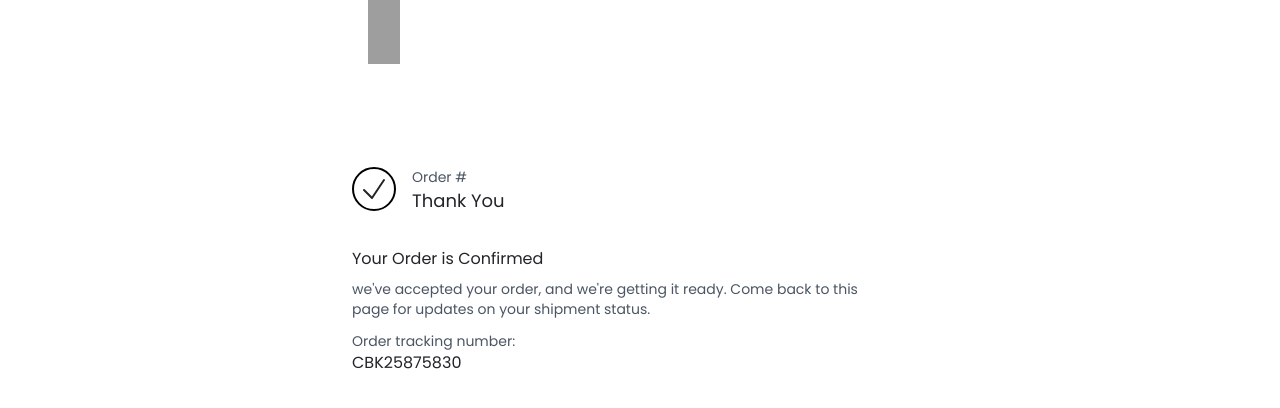
Repository: Deonorla/apple_redesign
Page: /success
These files come from the project's save history. The page is drawn as it stood at one moment and after the next save; the edit follows.
The browser window is 1280 px wide. The pictures show the whole page.
Pictures or frames that could not be fetched are drawn as grey boxes. The project was rebuilt for these pictures with package versions that can differ from the ones it lists, and the page was loaded fresh each time. The framework's server and built-in components were replaced by stand-ins that run in the browser. Also part of the build but not shown: next.config.js.

Above is the page before, as saved 2024-02-06 00:45:56.

### pages/_app.tsx
import "@/styles/globals.css";
import type { AppProps } from "next/app";
import Head from "next/head";
import { Provider } from "react-redux";
import { store } from "../redux/store";
import { Toaster } from "react-hot-toast";

export default function App({ Component, pageProps }: AppProps) {
  return (
    <Provider store={store}>
      <Head>
        <title>Apple Redesign</title>
      </Head>
      <Toaster />
      <Component {...pageProps} />
    </Provider>
  );
}

### pages/success.tsx
import Head from "next/head";
import Link from "next/link";
import Image from "next/image";
import React from "react";
import { CheckIcon } from "@heroicons/react/24/outline";
import { useRouter } from "next/router";

const success = () => {
  const router = useRouter();
  const { session_id } = router.query;
  return (
    <div>
      <Head>
        <title>Thank you! - Apple</title>
        <link rel="icon" href="/favicon.ico" />
      </Head>
      <header className="mx-auto max-w-xl">
        <Link href="/">
          <div className="relative ml-4 h-16 w-8 cursor-pointer transition lg:inline-flex ">
            <Image
              src="https://www.freeiconspng.com/uploads/apple-icon-4.png"
              width={90}
              height={90}
              alt=""
            />
          </div>
        </Link>
      </header>
      <main className="">
        <section className="lg:mx-w-none order-2 mx-auto max-w-xl pb-12 lg:pr-16 lg:pt-16 2xl:pl-44">
          <div className="my-8 ml-4 flex space-x-4 lg:ml-14 xl:ml-0">
            <div className="flex h-11 w-11 items-center justify-center rounded-full border-2 border-black">
              <CheckIcon className="h-8 w-8" />
            </div>
            <div>
              <p className="text-sm text-gray-600">
                Order #{session_id?.slice(-5)}
              </p>
              <h4 className="text-lg">
                Thank You
                {/* {session ? session?.user?.name..split(" ")[0] : "Guest"} */}
              </h4>
            </div>
          </div>
          <div>
            <div className="space-y-2 pb-3">
              <p>Your Order is Confirmed</p>
              <p className="text-sm text-gray-600">
                we've accepted your order, and we're getting it ready. Come back
                to this page for updates on your shipment status.
              </p>
            </div>
            <div>
              <p className="text-sm text-gray-600">Order tracking number:</p>
              <p>CBK25875830</p>
            </div>
          </div>
        </section>
      </main>
    </div>
  );
};

export default success;

### styles/globals.css
@import url("https://fonts.googleapis.com/css2?family=Poppins:ital,wght@0,100;0,200;0,300;0,400;0,500;0,600;0,700;0,800;0,900;1,100;1,200;1,300;1,400;1,500;1,600;1,700;1,800;1,900&family=Ultra&display=swap");

@tailwind base;
@tailwind components;
@tailwind utilities;

:root {
  --foreground-rgb: 0, 0, 0;
  --background-start-rgb: 214, 219, 220;
  --background-end-rgb: 255, 255, 255;
}

@media (prefers-color-scheme: dark) {
  :root {
    --foreground-rgb: 255, 255, 255;
    --background-start-rgb: 0, 0, 0;
    --background-end-rgb: 0, 0, 0;
  }
}

@layer base {
  body {
    @apply font-body text-[#232428];
  }
}

@layer components {
  .headerLink {
    @apply cursor-pointer opacity-75 transition hover:opacity-100;
  }
  .headerIcon {
    @apply h-6 w-6 cursor-pointer opacity-75 transition hover:opacity-100;
  }
  .link {
    @apply relative cursor-pointer text-lg font-medium before:absolute before:inset-x-0
    before:-bottom-1.5 before:h-0.5 before:origin-left before:scale-x-0 before:transform before:rounded-bl before:bg-black before:transition-all before:duration-200 hover:before:scale-x-100;
  }
  .borderGradient {
    text-align: center;
    padding-bottom: 5px;
    background: linear-gradient(to right, #ec4899, #8b5cf6) left bottom
      no-repeat;
    background-size: 100% 2px;
  }

  .tabPanel {
    @apply grid grid-cols-1 gap-8 sm:grid-cols-2 md:grid-cols-1 lg:grid-cols-2 xl:grid-cols-3;
  }
}

### redux/store.ts
import { configureStore } from "@reduxjs/toolkit";
import basketReducer from "./slices/basketSlice";
export const store = configureStore({
  reducer: {
    basket: basketReducer,
  },
});

export type RootState = ReturnType<typeof store.getState>;
export type AppDispatch = typeof store.dispatch;

### redux/slices/basketSlice.ts
import { createSlice } from "@reduxjs/toolkit";
import type { PayloadAction } from "@reduxjs/toolkit";
import { RootState } from "../store";

export interface BasketState {
  items: Product[];
}

const initialState: BasketState = {
  items: [],
};

export const basketSlice = createSlice({
  name: "basket",
  initialState,
  reducers: {
    addToBasket: (state: BasketState, action: PayloadAction<Product>) => {
      state.items = [...state.items, action.payload];
    },
    removeFromBasket: (
      state: BasketState,
      action: PayloadAction<{ id: string }>
    ) => {
      const index = state.items.findIndex(
        (item: Product) => item._id === action.payload.id
      );

      let newBasket = [...state.items];
      if (index >= 0) {
        newBasket.splice(index, 1);
      } else {
        console.log(`can\'t remove product (id: ${action.payload.id})`);
      }
      state.items = newBasket;
    },
  },
});

export const { addToBasket, removeFromBasket } = basketSlice.actions;

export const selectBasketItems = (state: RootState) => state.basket.items;
export const selectBasketItemsWithId = (state: RootState, id: string) => {
  state.basket.items.filter((item: Product) => item._id === id);
};

export const selectBasketTotal = (state: RootState) => {
  const result = state.basket.items.reduce(
    (total: number, item: Product) => (total += item.price),
    0
  );
  return result;
};

export default basketSlice.reducer;

### tailwind.config.js
/** @type {import('tailwindcss').Config} */
module.exports = {
  content: [
    "./pages/**/*.{js,ts,jsx,tsx,mdx}",
    "./components/**/*.{js,ts,jsx,tsx,mdx}",
    "./app/**/*.{js,ts,jsx,tsx,mdx}",
  ],
  theme: {
    extend: {
      fontFamily: {
        body: ["Poppins", "sans-serif"],
      },
      backgroundImage: {
        "gradient-radial": "radial-gradient(var(--tw-gradient-stops))",
        "gradient-conic":
          "conic-gradient(from 180deg at 50% 50%, var(--tw-gradient-stops))",
      },
    },
  },
  plugins: [],
};

Loaded but not shown: pages/_document.tsx (common file)

After the next save:
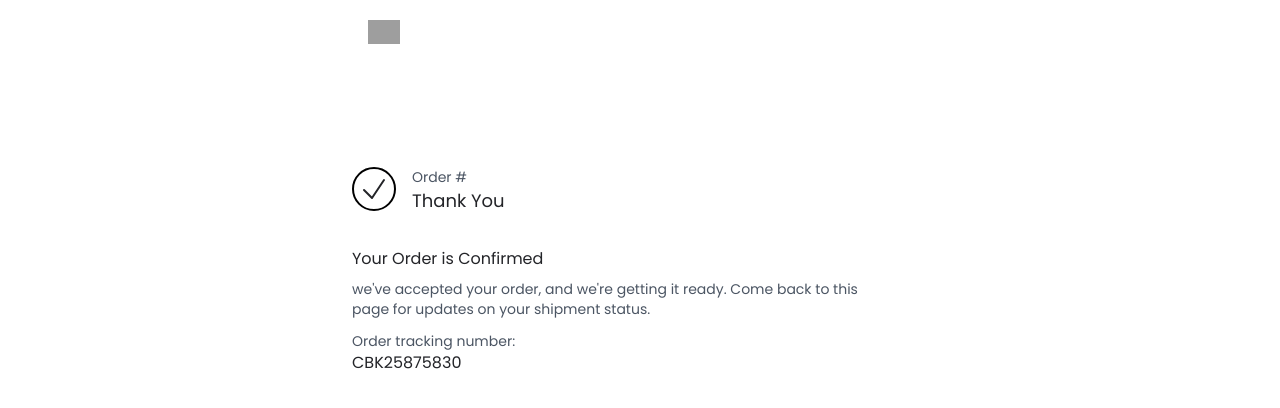
Saved 2 min 44 s later.
--- a/pages/success.tsx
+++ b/pages/success.tsx
@@ -21,6 +21,7 @@
               src="https://www.freeiconspng.com/uploads/apple-icon-4.png"
               width={90}
               height={90}
+              style={{ objectFit: "contain" }}
               alt=""
             />
           </div>

After the 2 saves that followed:
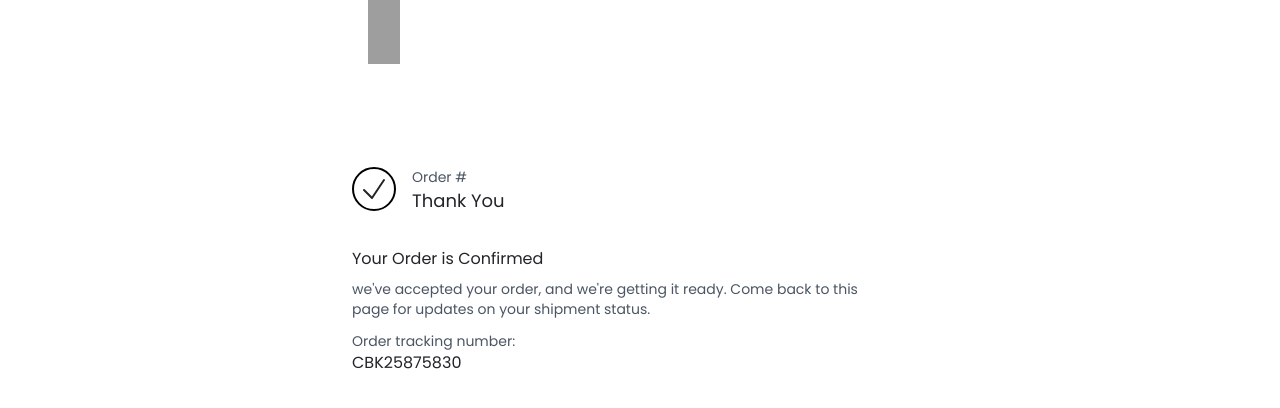
The 2 saves are shown as one change because 1 left the picture as it was.
The last was saved 109 s later.
--- a/pages/success.tsx
+++ b/pages/success.tsx
@@ -19,9 +19,9 @@
           <div className="relative ml-4 h-16 w-8 cursor-pointer transition lg:inline-flex ">
             <Image
               src="https://www.freeiconspng.com/uploads/apple-icon-4.png"
-              width={90}
-              height={90}
-              style={{ objectFit: "contain" }}
+              width={200}
+              height={200}
+              style={{ objectFit: "fill" }}
               alt=""
             />
           </div>
